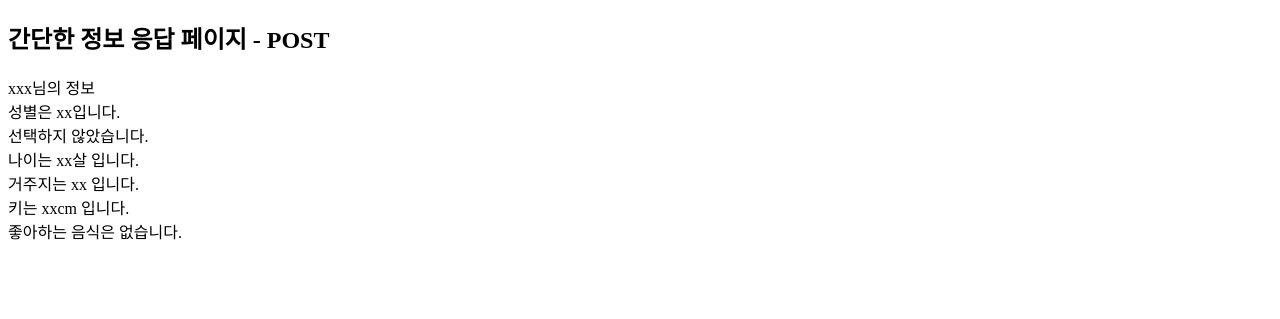
Repository: smjae96/Backup
Page: http://localhost/1_Servlet/views/responsePage.jsp
These files come from the project's save history. The page is drawn as it stood at one moment and after the next save; the edit follows.
The browser window is 1280 px wide. The pictures show the whole page.
The page is served by Tomcat 9. Other server files are loaded and not shown.

Above is the page before, as saved 2024-03-06 03:42:49.

### 5_Servlet/1_Servlet/src/main/webapp/views/responsePage.jsp
<%@ page language="java" contentType="text/html; charset=UTF-8"
    pageEncoding="UTF-8"%>
<!DOCTYPE html>
<html>
<head>
<meta charset="UTF-8">
<title>POST 요청에 대한 응답페이지(jsp)</title>
</head>
<body>
	<h2>간단한 정보 응답 페이지 - POST</h2>

	<span id="name">xxx</span>님의 정보 <br>
	성별은
		<span id= "gender">xx</span>입니다. <br> <!-- 성별 선택 시 -->

		선택하지 않았습니다. <br>		<!--  성별 선택 안했을 경우 -->

	나이는 <span id= "age">xx</span>살 입니다. <br>
	거주지는 <span id="address">xx</span> 입니다. <br>
	키는 <span id="height">xx</span>cm 입니다. <br>
	좋아하는 음식은
			없습니다. <br>		<!--  선택하지 않았을 경우 -->
</body>
</html>

After the next save:
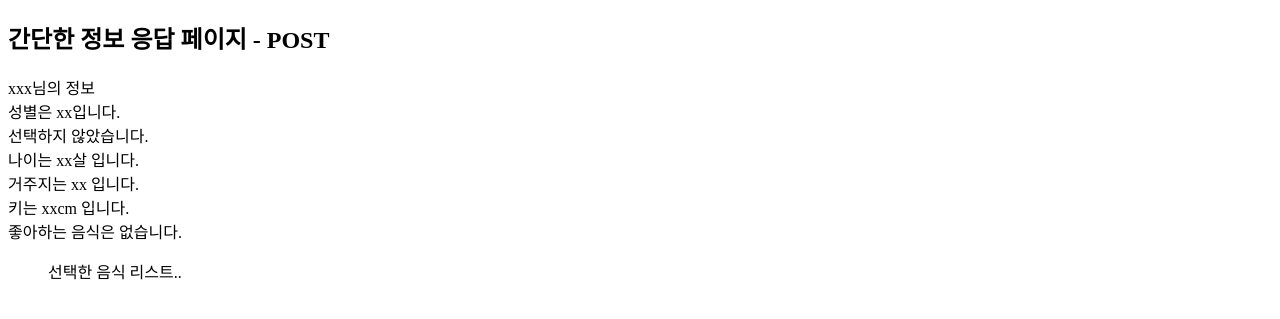
Saved 24 s later.
--- a/5_Servlet/1_Servlet/src/main/webapp/views/responsePage.jsp
+++ b/5_Servlet/1_Servlet/src/main/webapp/views/responsePage.jsp
@@ -20,5 +20,9 @@
 	키는 <span id="height">xx</span>cm 입니다. <br>
 	좋아하는 음식은
 			없습니다. <br>		<!--  선택하지 않았을 경우 -->
+
+			<ol>
+				선택한 음식 리스트..
+			</ol>
 </body>
 </html>
